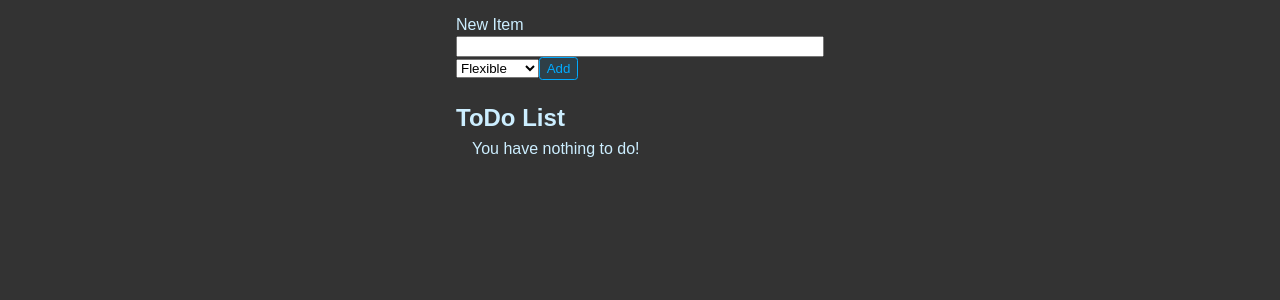
Repository: kemsig/CSFE24
Page: / (app in Week3- Todo/)
The author's editor kept a copy of each file at every save. The page is drawn from the files as they stood at one save, then again after the next save.
The browser window is 1280 px wide. The pictures show the whole page.
The project was rebuilt for these pictures with package versions that can differ from the ones it lists, and the page was loaded fresh each time. Also part of the build but not shown: Week3- Todo/vite.config.js.

Above is the page before, as saved 2024-03-07 23:15:25.

After the next save:
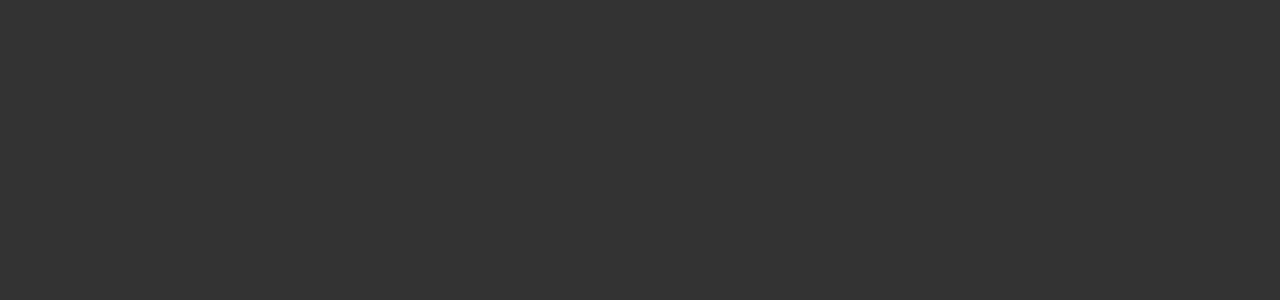
Console error: ReferenceError: handlePrioChange is not defined
Saved 10 s later.
--- a/Week3- Todo/src/App.jsx
+++ b/Week3- Todo/src/App.jsx
@@ -59,7 +59,7 @@
         id="item"
       />
     </div>
-    <select value={selectedPrio}>
+    <select value={selectedPrio} onChange={handlePrioChange()}>
       <option value={priority[2]}>{priority[2]}</option>
       <option value={priority[1]}>{priority[1]}</option>
       <option value={priority[0]}>{priority[0]}</option>

After the save that followed:
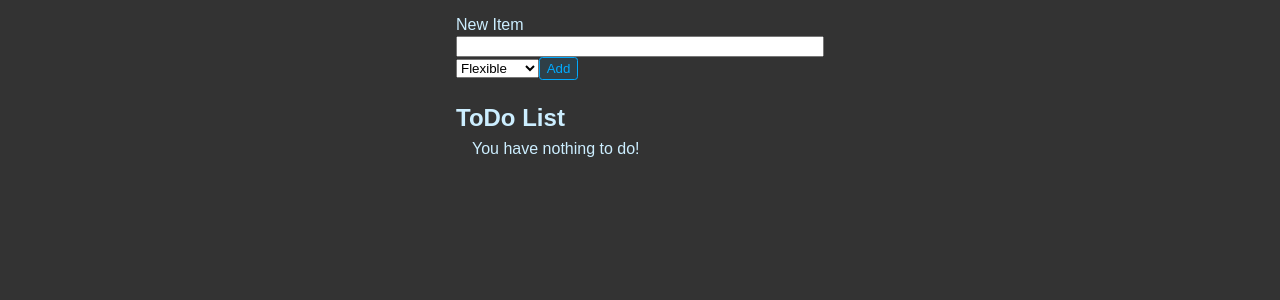
The error is gone.
Saved 33 s later.
--- a/Week3- Todo/src/App.jsx
+++ b/Week3- Todo/src/App.jsx
@@ -44,6 +44,10 @@
     })
   }
 
+  function handlePrioChange(){
+
+  }
+
   return (
   <>
   <form
@@ -59,7 +63,7 @@
         id="item"
       />
     </div>
-    <select value={selectedPrio} onChange={handlePrioChange()}>
+    <select value={selectedPrio} onChange={handlePrioChange}>
       <option value={priority[2]}>{priority[2]}</option>
       <option value={priority[1]}>{priority[1]}</option>
       <option value={priority[0]}>{priority[0]}</option>
